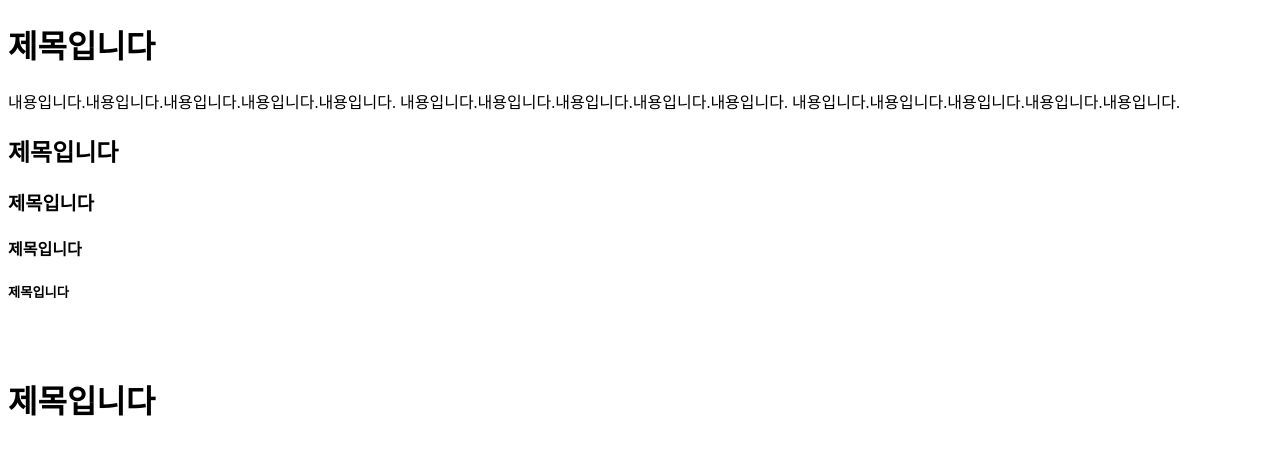
Repository: sujin9335/Front-end
Page: ClientTest/src/main/webapp/html/ex07_heading.html
The author's editor kept a copy of each file at every save. The page is drawn from the files as they stood at one save, then again after the next save.
The browser window is 1280 px wide. The pictures show the whole page.

Above is the page before, as saved 2023-09-20 00:26:49.

After the next save:
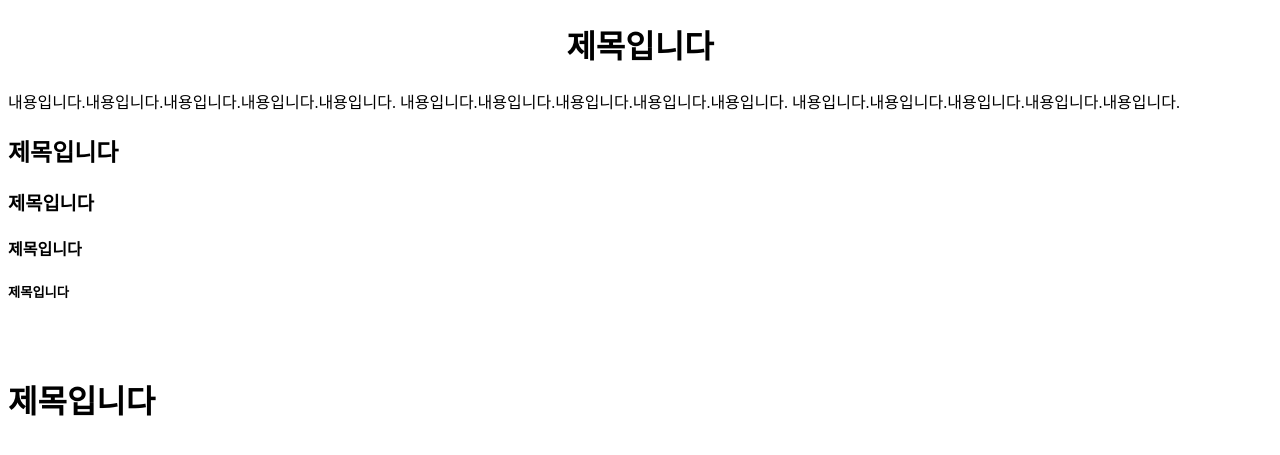
Saved 6 min 33 s later.
--- a/ClientTest/src/main/webapp/html/ex07_heading.html
+++ b/ClientTest/src/main/webapp/html/ex07_heading.html
@@ -16,12 +16,17 @@
 		- 혼합형
 
 		***** 태그의 출력 결과는 중요하지 않음 > 화면에 어떻게 보여지는지
-			그다지 중요하지 않다
+			그다지 중요하지 않다 > 화면 > CSS재정의!! (밑 h6 폰트를 주면 h1이랑 같아짐)
+		***** 모든 태그 >  의미에 맞는 활용 > 시멘틱 웹(Semantic Web)
+
+		hn.align
+		- 수평 정렬
+
 
 	-->
 
 
-	<h1>제목입니다</h1>
+	<h1 align="center">제목입니다</h1>
 	<p>내용입니다.내용입니다.내용입니다.내용입니다.내용입니다.
 	내용입니다.내용입니다.내용입니다.내용입니다.내용입니다.
 	내용입니다.내용입니다.내용입니다.내용입니다.내용입니다.</p>
